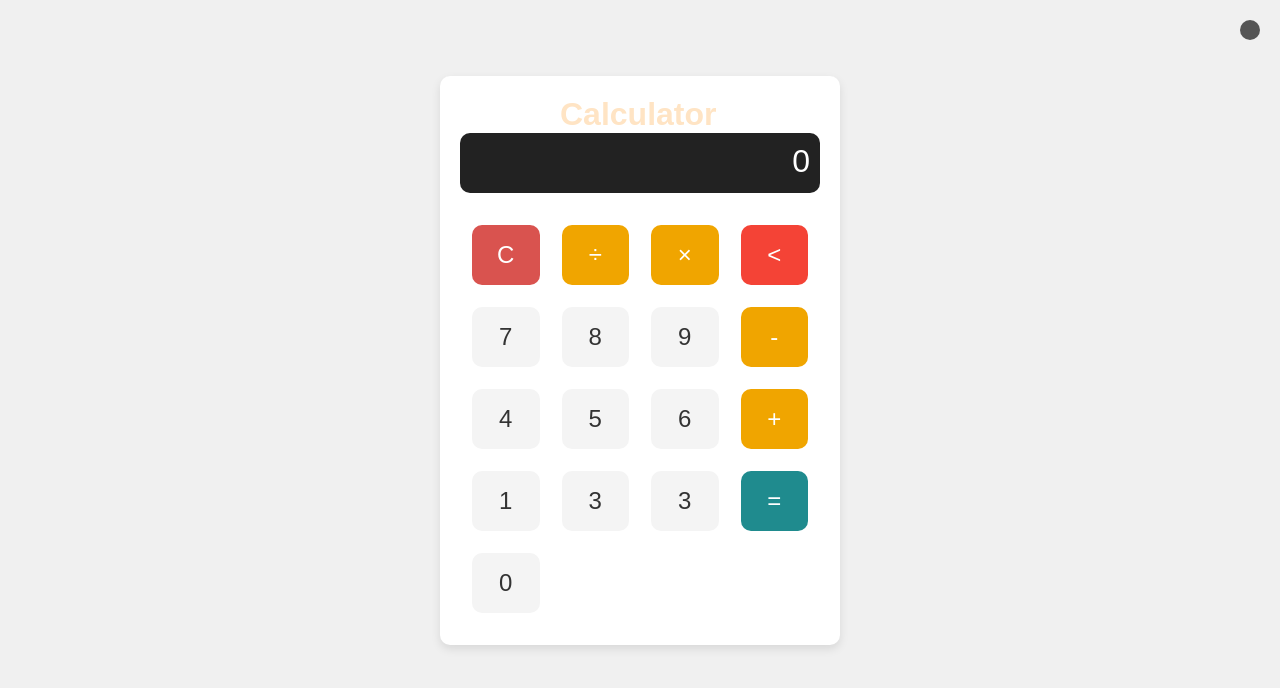
Repository: akhiranandan-04/Calculator
Page: index.html
An editor plug-in stored every save of this project. The page is shown before and after the next save, followed by the edit.
The browser window is 1280 px wide. The pictures show the whole page.

Above is the page before, as saved 2024-10-09 17:17:41.

### index.html
<!DOCTYPE html>
<html lang="en">
<head>
    <meta charset="UTF-8">
    <meta name="viewport" content="width=device-width, initial-scale=1.0">
    <title>Calculator</title>
    <link rel="stylesheet" href="style.css">
</head>
<body>

    <div class="container">
        <div class="calculater dark">
            <h1>Calculator</h1>
            <div class="theme-toggler active">
                <i class="toggler-icon"></i>
            </div>
            <div class="display-screen">
                <div id="display"><h1>Calculator</h1></div>
            </div>
            <div class="buttons">
                <table>
                    <tr>
                        <td><button class="btn-operater" id="clear">C</button></td>
                        <td><button class="btn-operater" id="/">&divide;</button></td>
                        <td><button class="btn-operater" id="*">&times;</button></td>
                        <td><button class="btn-operater" id="backspace"><</button></td>
                    </tr>
                    <tr>
                        <td><button class="btn-num" id="7">7</button></td>
                        <td><button class="btn-num" id="8">8</button></td>
                        <td><button class="btn-num" id="9">9</button></td>
                        <td><button class="btn-operater" id="-">-</button></td>
                    </tr>
                    <tr>
                        <td><button class="btn-num" id="4">4</button></td>
                        <td><button class="btn-num" id="5">5</button></td>
                        <td><button class="btn-num" id="6">6</button></td>
                        <td><button class="btn-operater" id="+">+</button></td>
                    </tr>
                    <tr>
                        <td><button class="btn-num" id="1">1</button></td>
                        <td><button class="btn-num" id="2">3</button></td>
                        <td><button class="btn-num" id="3">3</button></td>
                        <td><button class="btn-equal" id="equal">=</button></td>
                    </tr>
                    <tr>
                        <td><button class="btn-num" id="0">0</button></td>

                    </tr>
                </table>
            </div>
        </div>
    </div>

    <script src="script.js"></script>

</body>
</html>

### style.css

* {
    margin: 0;
    padding: 0;
    box-sizing: border-box;
    background: linear-gradient(rgba(0,0,0,0.5) red);
}

body {
    font-family: Arial, sans-serif;
    display: flex;
    justify-content: center;
    align-items: center;
    height: 100vh;
    background-color: #f0f0f0;

}

.container {
    display: flex;
    justify-content: center;
    align-items: center;
}
h1{
    align-items: center;
    justify-content: center;
    margin-left: 100px;
    color: bisque;
}
.calculater {
    width: 400px;
    background-color: #fff;
    border-radius: 10px;
    box-shadow: 0 4px 10px rgba(0, 0, 0, 0.1);
    padding: 20px;
}


.display-screen {
    width: 100%;
    height: 60px;
    background-color: #222;
    color: white;
    border-radius: 10px;
    text-align: right;
    padding: 10px;
    font-size: 2em;
}

.buttons {
    margin-top: 20px;
}

table {
    width: 100%;
    table-layout: fixed;
}

td {
    width: 25%;
    padding: 10px;
}

button {
    width: 100%;
    height: 60px;
    font-size: 1.5em;
    border: none;
    outline: none;
    border-radius: 10px;
    cursor: pointer;
    transition: background-color 0.3s;
}


.btn-num {
    background-color: #f4f4f4;
    color: #333;
}

.btn-operater {
    background-color: #f0a500;
    color: white;
}

.btn-equal {
    background-color: #1f8b8e;
    color: white;
}

button:hover {
    opacity: 0.8;
}

#clear {
    background-color: #d9534f;
    color: white;
}

#backspace {
    background-color: #f44336;
    color: white;
}

/* Theme Toggler */
.theme-toggler {
    position: absolute;
    top: 20px;
    right: 20px;
    background-color: #222;
    color: white;
    padding: 10px;
    border-radius: 50%;
    cursor: pointer;
}

.theme-toggler.active {
    background-color: #555;
}

body.dark .calculater {
    background-color: #333;
}

body.dark .display-screen {
    background-color: #111;
}

body.dark button {
    background-color: #444;
    color: #fff;
}

body.dark #clear {
    background-color: #c9302c;
}

### script.js
const display = document.getElementById('display');
const clear = document.getElementById('clear');
const backspace = document.getElementById('backspace');
const equal = document.getElementById('equal');
const buttons = document.querySelectorAll('.btn-num, .btn-operater');

let currentInput = '';

function updateDisplay() {
    display.innerHTML = currentInput || '0';
}

buttons.forEach(button => {
    button.addEventListener('click', () => {
        const buttonText = button.innerText;

        if (button.classList.contains('btn-num') || button.classList.contains('btn-operater')) {
            currentInput += buttonText;
        }

        updateDisplay();
    });
});

backspace.addEventListener('click', () => {
    currentInput = currentInput.slice(0, -1);
    updateDisplay();
});

clear.addEventListener('click', () => {
    currentInput = '';
    updateDisplay();
});

equal.addEventListener('click', () => {
    try {
        currentInput = eval(currentInput).toString();
    } catch (e) {
        currentInput = 'Error';
    }
    updateDisplay();
});

updateDisplay();

const themeToggler = document.querySelector('.theme-toggler');

themeToggler.addEventListener('click', () => {
    document.body.classList.toggle('dark');
    themeToggler.classList.toggle('active');
});

After the next save:
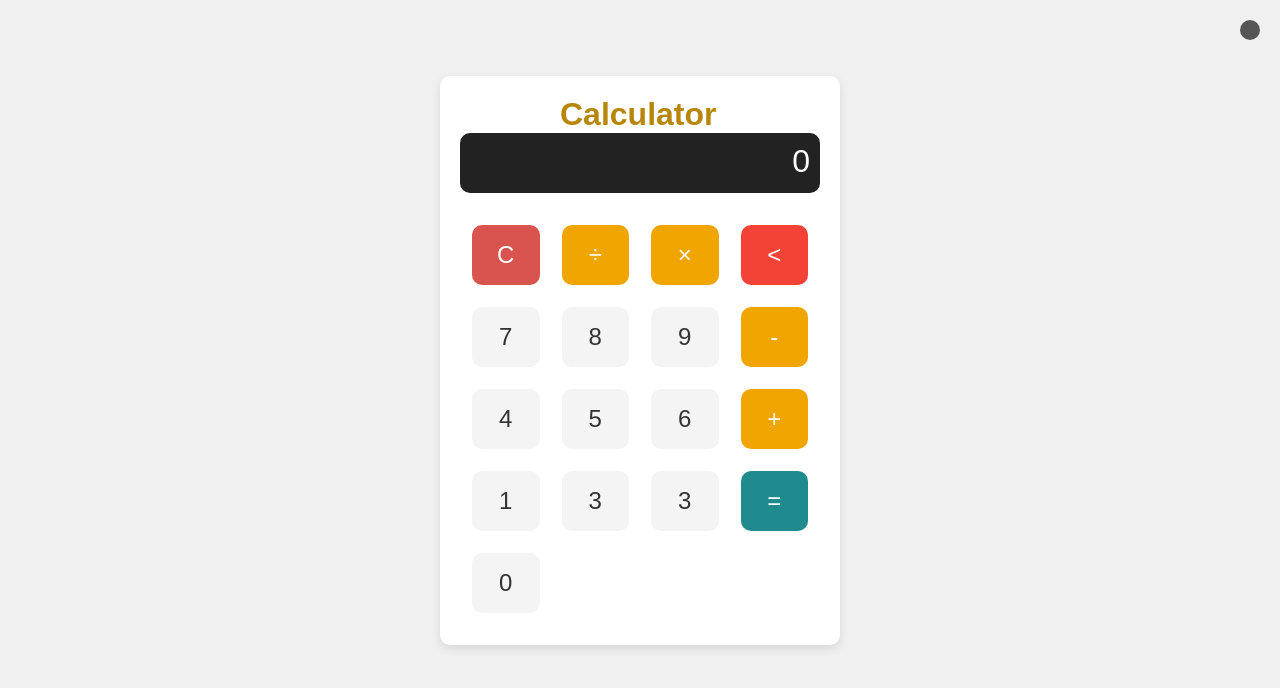
Saved 22 s later.
--- a/style.css
+++ b/style.css
@@ -25,7 +25,7 @@ h1{
     align-items: center;
     justify-content: center;
     margin-left: 100px;
-    color: bisque;
+    color:darkgoldenrod;
 }
 .calculater {
     width: 400px;
